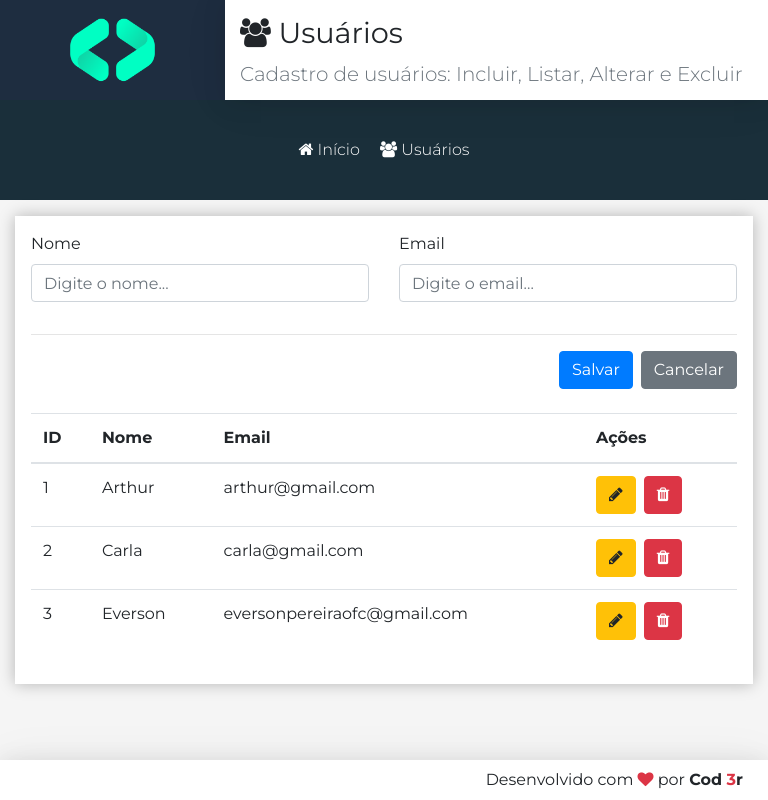
Repository: eversonps/projeto-cadastro-usuarios-firebase
Page: /users (app in frontend/)
The author's editor kept a copy of each file at every save. The page is drawn from the files as they stood at one save, then again after the next save.
The browser window is 768 px wide. The pictures show the whole page.
The project was rebuilt for these pictures with package versions that can differ from the ones it lists, and the page was loaded fresh each time. Requests to the local data server were answered from the project's data file. Also part of the build but not shown: frontend/src/components/home/home.jsx.

Above is the page before, as saved 2022-03-22 15:37:13.

After the next save:
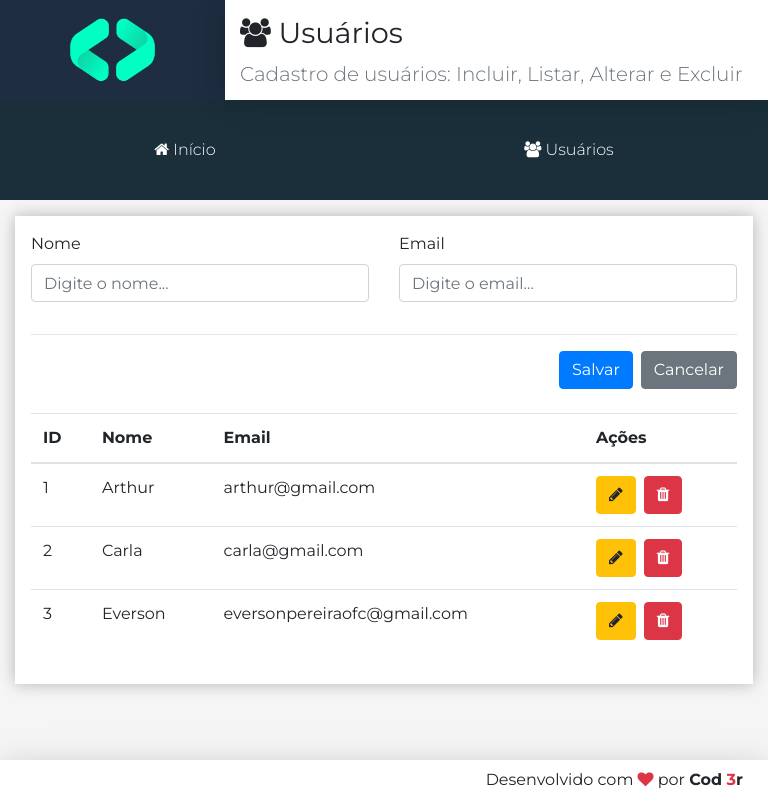
Saved 4 s later.
--- a/frontend/src/components/template/nav.css
+++ b/frontend/src/components/template/nav.css
@@ -30,6 +30,6 @@ aside.menu-area{
 
     .menu {
         height: 100%;
-        justify-content: center;
+        justify-content: space-around;
     }
 }
